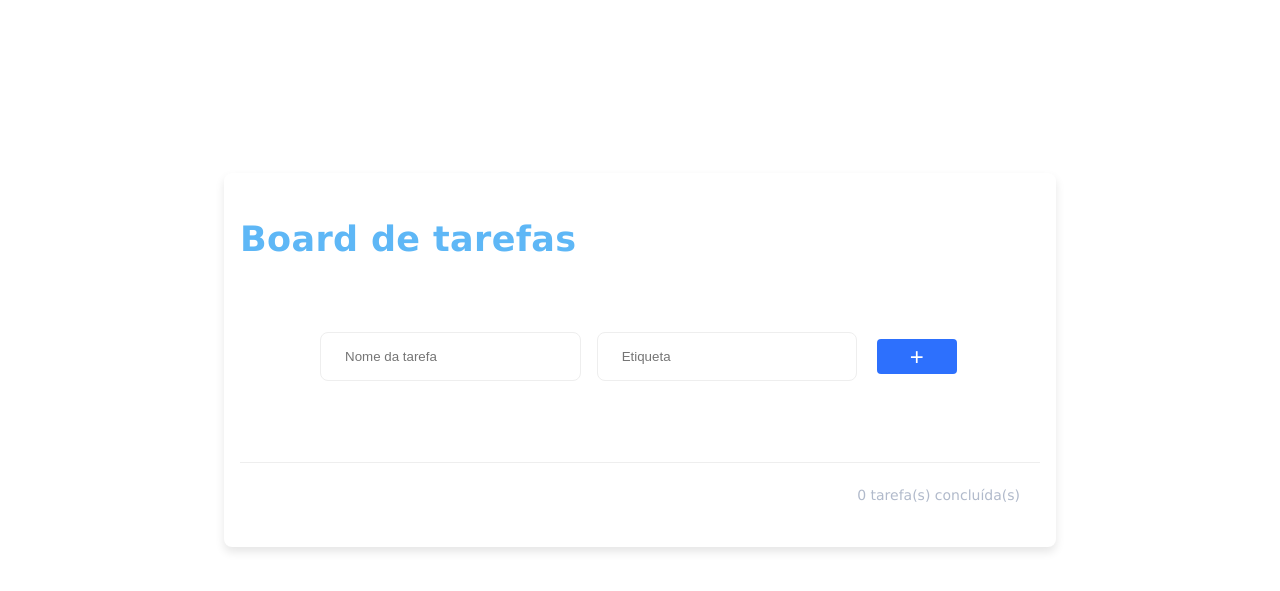
Repository: elasoares/RID187500_Desafio3
Page: index.html
The author's editor kept a copy of each file at every save. The page is drawn from the files as they stood at one save, then again after the next save.
The browser window is 1280 px wide. The pictures show the whole page.

Above is the page before, as saved 2024-12-03 19:44:05.

After the next save:
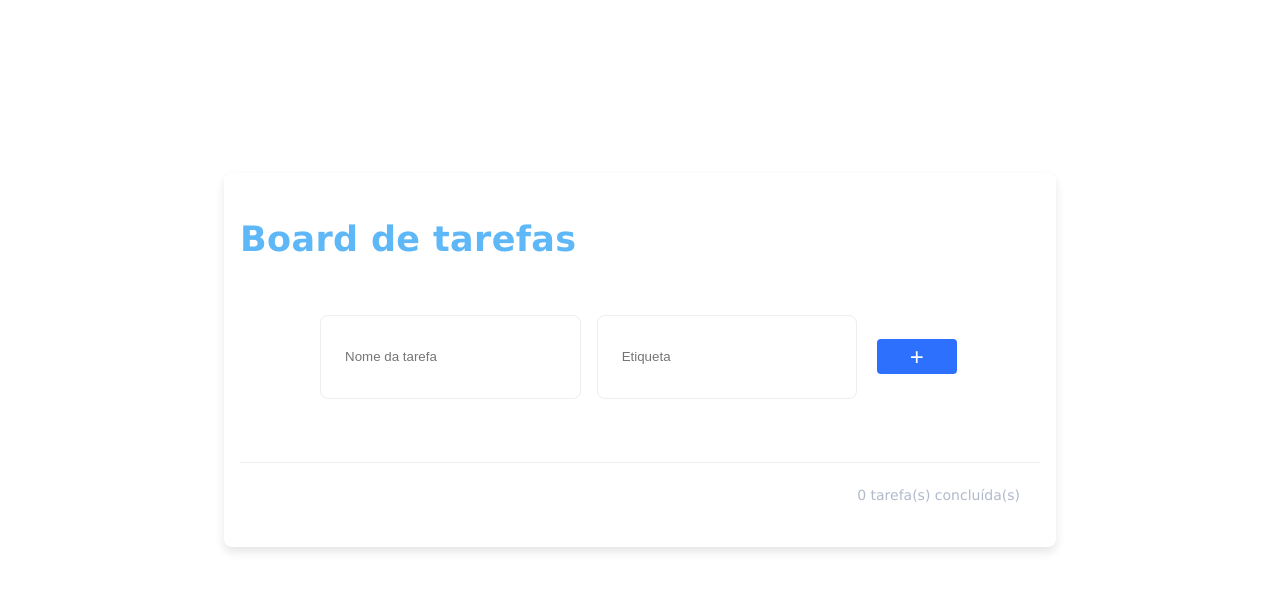
Saved 6 s later.
--- a/style.css
+++ b/style.css
@@ -270,7 +270,7 @@ input:focus {
 
     input{
         width: 311px;
-        height: Fixed (50px)px;
+        height: 50px;
         padding: 16px 24px 16px 24px;
         gap: 10px;
         border-radius: 8px;
